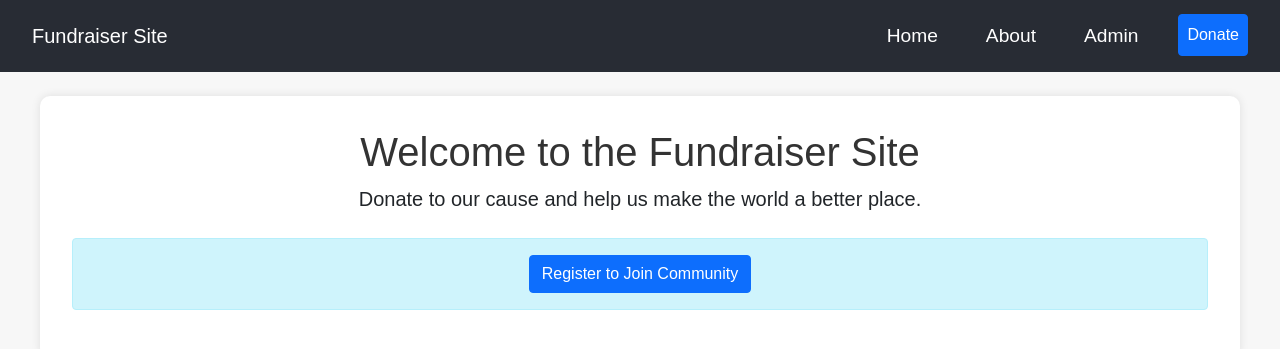
Repository: DragonFruit8/Fundraiser-Page
Page: /
The author's editor kept a copy of each file at every save. The page is drawn from the files as they stood at one save, then again after the next save.
The browser window is 1280 px wide. The pictures show the whole page.
The project was rebuilt for these pictures with package versions that can differ from the ones it lists, and the page was loaded fresh each time. Also part of the build but not shown: src/pages/About.js, src/pages/Donate.js, src/pages/Admin.js.

Above is the page before, as saved 2024-07-19 14:14:34.

### public/index.html
<!DOCTYPE html>
<html lang="en">
  <head>
    <meta charset="utf-8" />
    <link rel="icon" href="%PUBLIC_URL%/favicon.ico" />
    <meta name="viewport" content="width=device-width, initial-scale=1" />
    <meta name="theme-color" content="#000000" />
    <meta
      name="description"
      content="Web site created using create-react-app"
    />
    <link rel="apple-touch-icon" href="%PUBLIC_URL%/logo192.png" />
    <link
      href="https://cdn.jsdelivr.net/npm/bootstrap@5.0.2/dist/css/bootstrap.min.css"
      rel="stylesheet"
      integrity="sha384-EVSTQN3/azprG1Anm3QDgpJLIm9Nao0Yz1ztcQTwFspd3yD65VohhpuuCOmLASjC"
      crossorigin="anonymous"
    />
    <!--
      manifest.json provides metadata used when your web app is installed on a
      user's mobile device or desktop. See https://developers.google.com/web/fundamentals/web-app-manifest/
    -->
    <link rel="manifest" href="%PUBLIC_URL%/manifest.json" />
    <!--
      Notice the use of %PUBLIC_URL% in the tags above.
      It will be replaced with the URL of the `public` folder during the build.
      Only files inside the `public` folder can be referenced from the HTML.

      Unlike "/favicon.ico" or "favicon.ico", "%PUBLIC_URL%/favicon.ico" will
      work correctly both with client-side routing and a non-root public URL.
      Learn how to configure a non-root public URL by running `npm run build`.
    -->
    <title>React App</title>
  </head>
  <body>
    <noscript>You need to enable JavaScript to run this app.</noscript>
    <div id="root"></div>
    <!--
      This HTML file is a template.
      If you open it directly in the browser, you will see an empty page.

      You can add webfonts, meta tags, or analytics to this file.
      The build step will place the bundled scripts into the <body> tag.

      To begin the development, run `npm start` or `yarn start`.
      To create a production bundle, use `npm run build` or `yarn build`.
    -->
    <script
      src="https://cdn.jsdelivr.net/npm/bootstrap@5.0.2/dist/js/bootstrap.bundle.min.js"
      integrity="sha384-MrcW6ZMFYlzcLA8Nl+NtUVF0sA7MsXsP1UyJoMp4YLEuNSfAP+JcXn/tWtIaxVXM"
      crossorigin="anonymous"
    ></script>
    <script
      src="https://cdn.jsdelivr.net/npm/@popperjs/core@2.9.2/dist/umd/popper.min.js"
      integrity="sha384-IQsoLXl5PILFhosVNubq5LC7Qb9DXgDA9i+tQ8Zj3iwWAwPtgFTxbJ8NT4GN1R8p"
      crossorigin="anonymous"
    ></script>
    <script
      src="https://cdn.jsdelivr.net/npm/bootstrap@5.0.2/dist/js/bootstrap.min.js"
      integrity="sha384-cVKIPhGWiC2Al4u+LWgxfKTRIcfu0JTxR+EQDz/bgldoEyl4H0zUF0QKbrJ0EcQF"
      crossorigin="anonymous"
    ></script>
  </body>
</html>

### src/App.js
import React from 'react';
import { BrowserRouter as Router, Route, Routes } from 'react-router-dom';
import Home from './pages/HomeContainer';
import About from './pages/About';
import Donate from './pages/Donate';
import Admin from './pages/Admin';
import GlobalStyle from './globalStyles';
import Navbar from './components/Navbar';
import './App.css';

const App = () => {
  return (
    <Router>
      <GlobalStyle />
        <Navbar />
      <Routes>
          <Route exact path="/" element={<Home />} />
          <Route path="/about" element={<About />} />
          <Route path="/donate" element={<Donate />} />
          <Route path="/admin" element={<Admin />} />
      </Routes>
    </Router>
  );
};

export default App;

### src/pages/HomeContainer.js

import React, { useState } from 'react';


const HomeContainer = () => {
    const [residentialInfo, setResidentialInfo] = useState({
        name: '',
        email: '',
        address: '',
        city: '',
        state: '',
        zipCode: ''
    });

    const handleChange = (e) => {
        setResidentialInfo({
            ...residentialInfo,
            [e.target.name]: e.target.value
        });
    };

    const handleSubmit = (e) => {
        e.preventDefault();
        // Send residentialInfo to the association for neighbors
        console.log(residentialInfo);
        // Reset the form
        setResidentialInfo({
            name: '',
            email: '',
            address: '',
            city: '',
            state: '',
            zipCode: ''
        });
    };

    return (
        <div className="container mt-4 text-center">
            <h1>Welcome to the Fundraiser Site</h1>
            <p className="lead">Donate to our cause and help us make the world a better place.</p>
            <div className="alert alert-info mt-4" role="alert">
            <button type="button" className="btn btn-primary" data-bs-toggle="modal" data-bs-target="#exampleModal">
                Register to Join Community
                </button>
            </div>

            <div className="modal fade" id="exampleModal" tabIndex="-1" aria-labelledby="exampleModalLabel" aria-hidden="true">
                <div className="modal-dialog">
                    <div className="modal-content">
                        <div className="modal-header">
                            <h5 className="modal-title" id="exampleModalLabel">Welcome to the Fundraiser Site</h5>
                            <button type="button" className="btn-close" data-bs-dismiss="modal" aria-label="Close"></button>
                        </div>
                        <div className="modal-body">
                            <p className="lead">Donate to our cause and help us make the world a better place.</p>
                            {/* A note for the resident */}
                            <div className="alert alert-info mt-4" role="alert">
                                <h4 className="alert-heading">Note for the Resident</h4>
                                <p>
                                    Please provide your residential information so we can keep you updated on our fundraising events.
                                </p>
                            </div>
                            <div className="card mt-4">
                                <div className="card-body">
                                    <h5 className="card-title">Join our Community of Helpful individuals</h5>
                                    <form onSubmit={handleSubmit}>
                                        <div className="mb-3">
                                            <label htmlFor="name" className="form-label">Name</label>
                                            <input type="text" className="form-control" id="name" placeholder="Enter your name" />
                                        </div>
                                        <div className="mb-3">
                                            <label htmlFor="email" className="form-label">Email</label>
                                            <input type="email" className="form-control" id="email" placeholder="Enter your email" />
                                        </div>
                                        <div className="mb-3">
                                            <label htmlFor="address" className="form-label">Address</label>
                                            <input type="text" className="form-control" id="address" name="address" value={residentialInfo.address} onChange={handleChange} placeholder="Enter your address" />
                                        </div>
                                        <div className="mb-3">
                                            <label htmlFor="city" className="form-label">City</label>
                                            <input type="text" className="form-control" id="city" name="city" value={residentialInfo.city} onChange={handleChange} placeholder="Enter your city" />
                                        </div>
                                        <div className="mb-3">
                                            <label htmlFor="state" className="form-label">State</label>
                                            <input type="text" className="form-control" id="state" name="state" value={residentialInfo.state} onChange={handleChange} placeholder="Enter your state" />
                                        </div>
                                        <div className="mb-3">
                                            <label htmlFor="zipCode" className="form-label">Zip Code</label>
                                            <input type="text" className="form-control" id="zipCode" name="zipCode" value={residentialInfo.zipCode} onChange={handleChange} placeholder="Enter your zip code" />
                                        </div>
                                        <button type="submit" className="btn btn-primary">Submit</button>
                                    </form>
                                </div>
                            </div>
                        </div>
                    </div>
                </div>
            </div>
        </div>
    );
    };


export default HomeContainer;

### src/globalStyles.js
import { createGlobalStyle } from 'styled-components';

const GlobalStyle = createGlobalStyle`
  body {
    margin: 0;
    padding: 0;
    font-family: 'Arial', sans-serif;
    background-color: #f7f7f7;
  }

  nav {
    background-color: #333;
    padding: 1rem;
    display: flex;
    justify-content: center;
  }

  nav a {
    color: #fff;
    margin: 0 1rem;
    text-decoration: none;
    font-size: 1.2rem;
  }

  nav a:hover {
    text-decoration: underline;
  }

  .container {
    max-width: 1200px;
    margin: 0 auto;
    padding: 2rem;
    background-color: #fff;
    box-shadow: 0 0 10px rgba(0, 0, 0, 0.1);
    border-radius: 10px;
  }

  h1 {
    color: #333;
  }

  button {
    background-color: #007BFF;
    color: #fff;
    border: none;
    padding: 0.5rem 1rem;
    font-size: 1rem;
    border-radius: 5px;
    cursor: pointer;
  }

  button:hover {
    background-color: #0056b3;
  }

  input {
    padding: 0.5rem;
    font-size: 1rem;
    margin-right: 0.5rem;
    border-radius: 5px;
    border: 1px solid #ccc;
  }
`;

export default GlobalStyle;

### src/components/Navbar.js
import React from 'react';
import { Link } from 'react-router-dom';

const Navbar = () => {
    return (
        <nav className="navbar navbar-expand-lg text-white">

                <Link className="navbar-brand" to="/">Fundraiser Site</Link>
                <button className="navbar-toggler" type="button" data-bs-toggle="collapse" data-bs-target="#navbarNav" aria-controls="navbarNav" aria-expanded="false" aria-label="Toggle navigation">
                    <span className="navbar-toggler-icon"></span>
                </button>
                <div className="collapse navbar-collapse" id="navbarNav">
                    <ul className="navbar-nav ms-auto">
                        <li className="nav-item">
                            <Link className="nav-link" to="/">Home</Link>
                        </li>
                        <li className="nav-item">
                            <Link className="nav-link" to="/about">About</Link>
                        </li>
                        <li className="nav-item">
                            <Link className="nav-link" to="/admin">Admin</Link>
                        </li>
                        <li className="nav-item">
                            <Link className="nav-link btn btn-primary text-white" to="/donate">Donate</Link>
                        </li>
                    </ul>
                </div>
        </nav>
    );
}

export default Navbar;

### src/App.css
.App {
  text-align: center;
}

.App-logo {
  height: 40vmin;
  pointer-events: none;
}

@media (prefers-reduced-motion: no-preference) {
  .App-logo {
    animation: App-logo-spin infinite 20s linear;
  }
}

.App-header {
  background-color: #282c34;
  min-height: 100vh;
  display: flex;
  flex-direction: column;
  align-items: center;
  justify-content: center;
  font-size: calc(10px + 2vmin);
  color: white;
}

.App-link {
  color: #61dafb;
}
nav.navbar {
  background-color: #282c34 !important;
  min-height: 10vh !important;
  display: flex;
  flex-direction: row;
  align-items: center;
  justify-content: center !important;
  font-size: calc(10px + 2vmin);
  color: black !important;
}
nav.navbar a {
  color: white !important;
}
nav.navbar a:hover {
  color: #61dafb !important;
}
nav.navbar a.active {
  color: #61dafb !important;
}
nav.navbar a.active:hover {
  color: white !important;
}

@keyframes App-logo-spin {
  from {
    transform: rotate(0deg);
  }
  to {
    transform: rotate(360deg);
  }
}

Loaded but not shown: src/index.js (common file); src/index.css (common file)

After the next save:
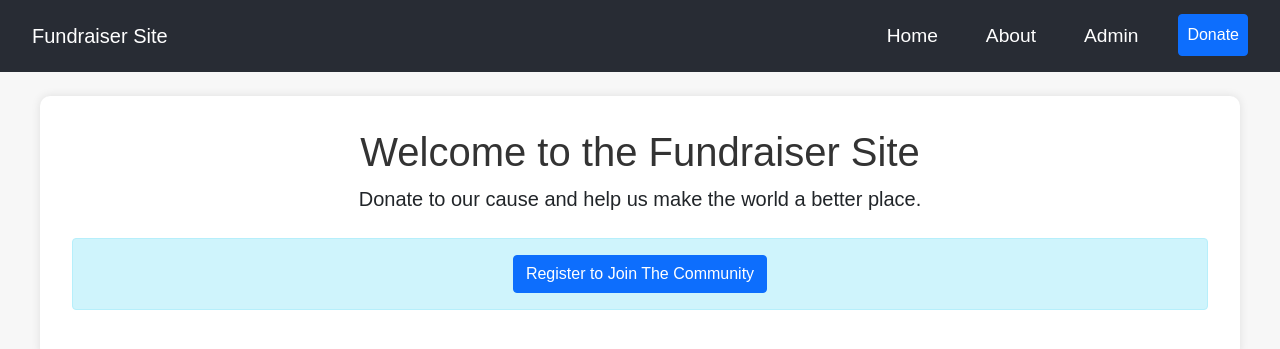
Saved 5 s later.
--- a/src/pages/HomeContainer.js
+++ b/src/pages/HomeContainer.js
@@ -40,7 +40,7 @@ const HomeContainer = () => {
             <p className="lead">Donate to our cause and help us make the world a better place.</p>
             <div className="alert alert-info mt-4" role="alert">
             <button type="button" className="btn btn-primary" data-bs-toggle="modal" data-bs-target="#exampleModal">
-                Register to Join Community
+                Register to Join The Community
                 </button>
             </div>
 
